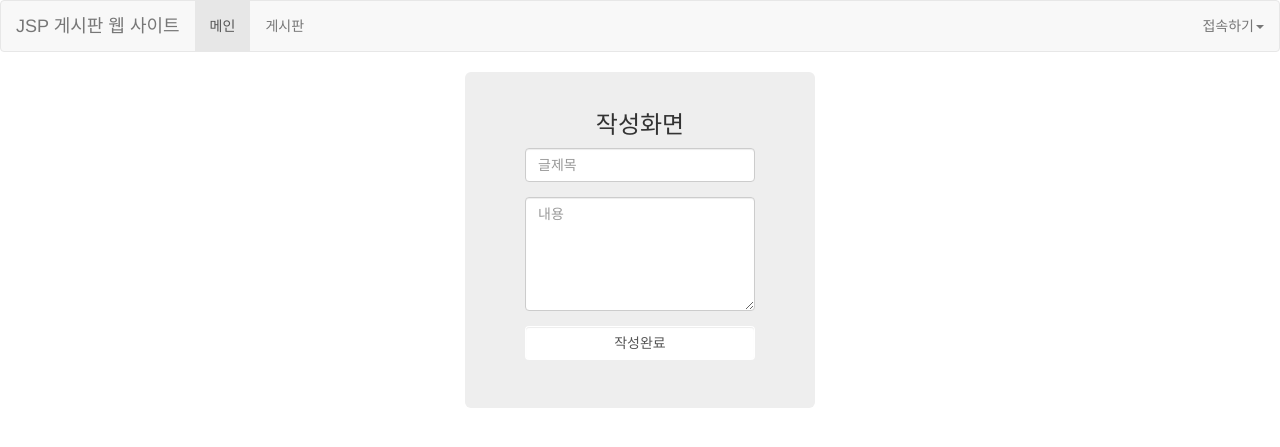
Repository: dirn0568/project
Page: http://localhost/myWeb/writeContent.jsp
An editor plug-in stored every save of this project. The page is shown before and after the next save, followed by the edit.
The browser window is 1280 px wide. The pictures show the whole page.
Some web libraries are served in a nearby version. The page is served by Tomcat 9. Other server files are loaded and not shown.

Above is the page before, as saved 2022-10-08 15:14:52.

### myWeb/src/main/webapp/writeContent.jsp
<%@ page language="java" contentType="text/html; charset=UTF-8"
    pageEncoding="UTF-8"%>
<%@ page import="java.io.PrintWriter" %>
<% request.setCharacterEncoding("UTF-8"); %>
<!DOCTYPE html>
<html>
<head>
<meta charset="UTF-8">
<meta name="viewport" content="width-device-width", initial-scale="1">
<link rel="stylesheet" href="css/bootstrap.css">
<title>JSP 게시판 웹 사이트</title>
</head>
<body>
	<nav class="navbar navbar-default">
		<div class="navbar-header">
			<button type="button" class="navbar-toggle collapsed"
				data-toggle="collapse" data-target="#bs-example-navbar-collapse-1"
				aria-expanded="false">
				<span class="icon-bar"></span>
				<span class="icon-bar"></span>
				<span class="icon-bar"></span>
				</button>
				<a class="navbar-brand" href="main.jsp">JSP 게시판 웹 사이트</a>
		</div>
		<div class="collapse navbar-collapse" id="bs-example-navbar-collapse-1">
			<ul class="nav navbar-nav">
				<li class="active"><a href="main.jsp">메인</a></li>
				<li><a href="board.jsp">게시판</a></li>
			</ul>
			<%
				Object register = session.getAttribute("userID");
				if (register == null) {
			%>
			<ul class="nav navbar-nav navbar-right">
				<li class="dropdown">
					<a href="#" class="dropdown-toggle"
						data-toggle="dropdown" role="button" aria-haspopup="true"
						aria-expanded="false">접속하기<span class="caret"></span></a>
					<ul class="dropdown-menu">
						<li><a href="login.jsp">로그인</a></li>
						<li><a href="join.jsp">회원가입</a></li>
					</ul>
				</li>
			</ul>
			<%
				} else {
			%>
			<ul class="nav navbar-nav navbar-right">
				<li class="dropdown">
					<a href="#" class="dropdown-toggle"
						data-toggle="dropdown" role="button" aria-haspopup="true"
						aria-expanded="false">회원관리<span class="caret"></span></a>
					<ul class="dropdown-menu">
						<li><a href="logoutAction.jsp">로그아웃</a></li>
					</ul>
				</li>
			</ul>
			<%
				}
			%>
		</div>
	</nav>
	<div class="container">
		<div class="col-lg-4"></div>
		<div class="col-lg-4">
			<div class="jumbotron" style="padding-top:20px;">
				<form method="post" action="writeAction.jsp">
					<h3 style="text-align:center;">작성화면</h3>
					<div class="form-group">
						<input type="text" class="form-control" placeholder="글제목" name="boardtitle" maxlength="20">
					</div>
					<div class="form-group">
						<textarea rows="5" cols="10" class="form-control" placeholder="내용" name="boardcontent"></textarea>
					</div>
					<input type="submit" class="btn btn-trimary form-control" value="작성완료">
				</form>
			</div>
		</div>
		<div class="col-lg-4"></div>
	</div>
	<script src="https://code.jquery.com/jquery-3.1.1.min.js"></script>
	<script src="js/bootstrap.js"></script>
</body>
</html>

Loaded but not shown: myWeb/src/main/webapp/css/bootstrap.css (library); myWeb/src/main/webapp/js/bootstrap.js (library)

After the next save:
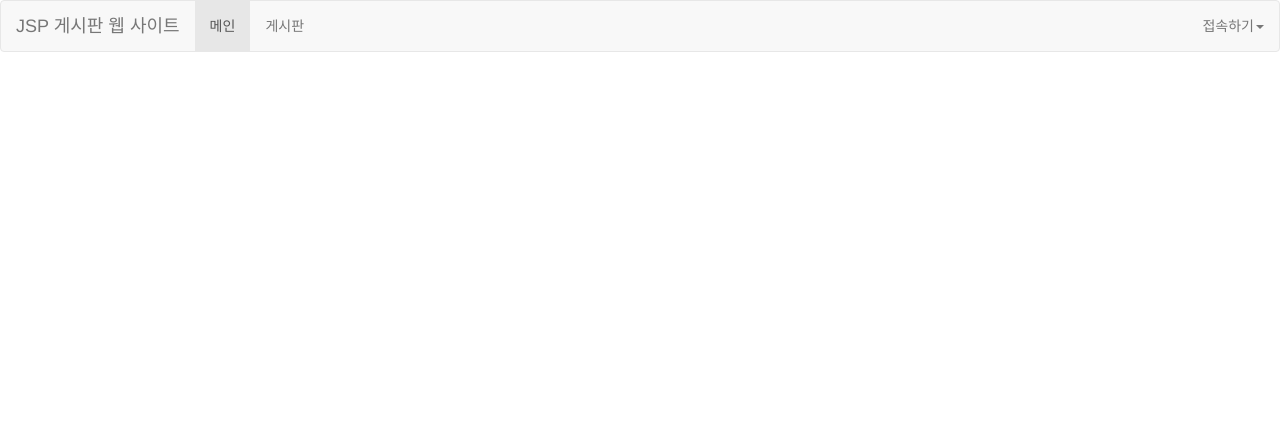
Saved 9 min 59 s later.
--- a/myWeb/src/main/webapp/writeContent.jsp
+++ b/myWeb/src/main/webapp/writeContent.jsp
@@ -60,24 +60,12 @@
 			%>
 		</div>
 	</nav>
-	<div class="container">
-		<div class="col-lg-4"></div>
-		<div class="col-lg-4">
-			<div class="jumbotron" style="padding-top:20px;">
-				<form method="post" action="writeAction.jsp">
-					<h3 style="text-align:center;">작성화면</h3>
-					<div class="form-group">
-						<input type="text" class="form-control" placeholder="글제목" name="boardtitle" maxlength="20">
-					</div>
-					<div class="form-group">
-						<textarea rows="5" cols="10" class="form-control" placeholder="내용" name="boardcontent"></textarea>
-					</div>
-					<input type="submit" class="btn btn-trimary form-control" value="작성완료">
-				</form>
-			</div>
-		</div>
-		<div class="col-lg-4"></div>
-	</div>
+	<%
+		int boardID;
+		if (request.getParameter("boardID") != null) {
+			boardID = Integer.parseInt(request.getParameter("pageNumber"));
+		}
+	%>
 	<script src="https://code.jquery.com/jquery-3.1.1.min.js"></script>
 	<script src="js/bootstrap.js"></script>
 </body>
